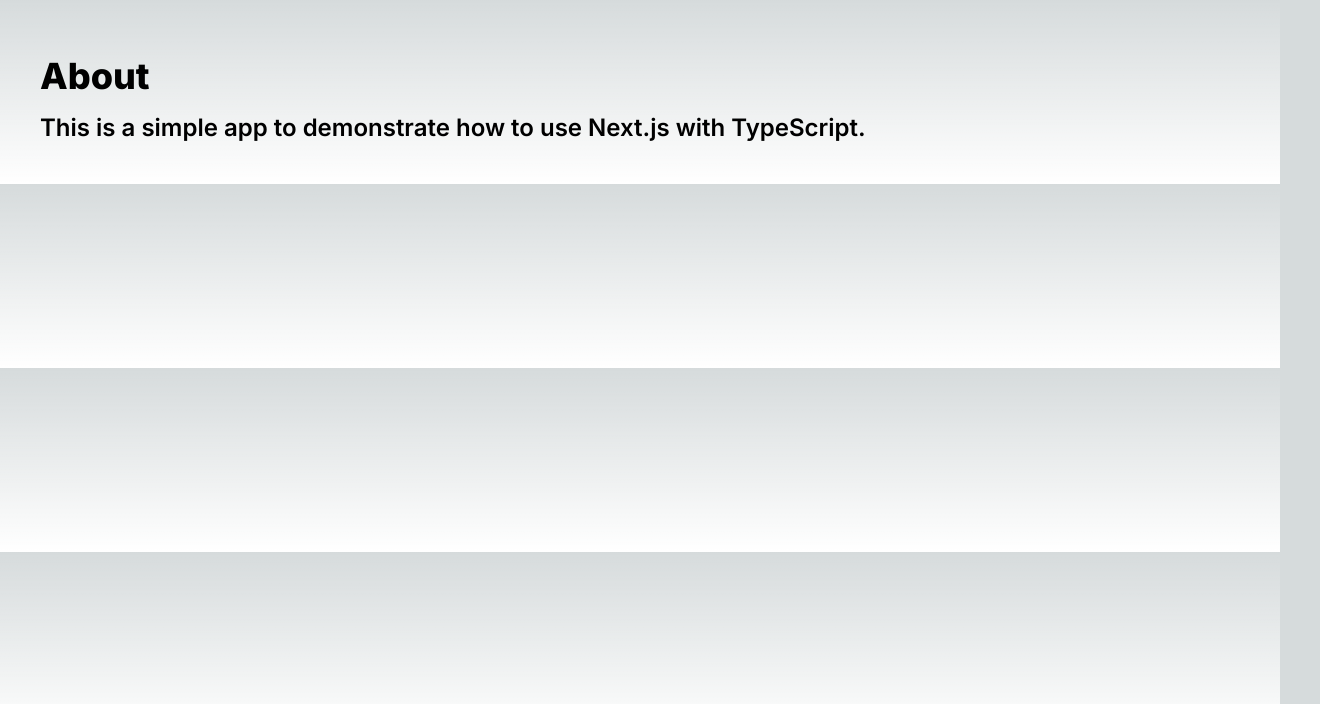
Repository: badhon252/Candidates-portal
Page: /about
These files come from the project's save history. The page is drawn as it stood at one moment and after the next save; the edit follows.
The browser window is 1280 px wide. The page is 1280 px wide, then 1320 px, then 1280 px, so the pictures cover 1320 px, including what lies to the right of the window. The pictures show the whole page.
The project was rebuilt for these pictures with package versions that can differ from the ones it lists, and the page was loaded fresh each time. The framework's server and built-in components were replaced by stand-ins that run in the browser. Also part of the build but not shown: next.config.js.

Above is the page before, as saved 2023-05-31 17:28:09.

After the next save:
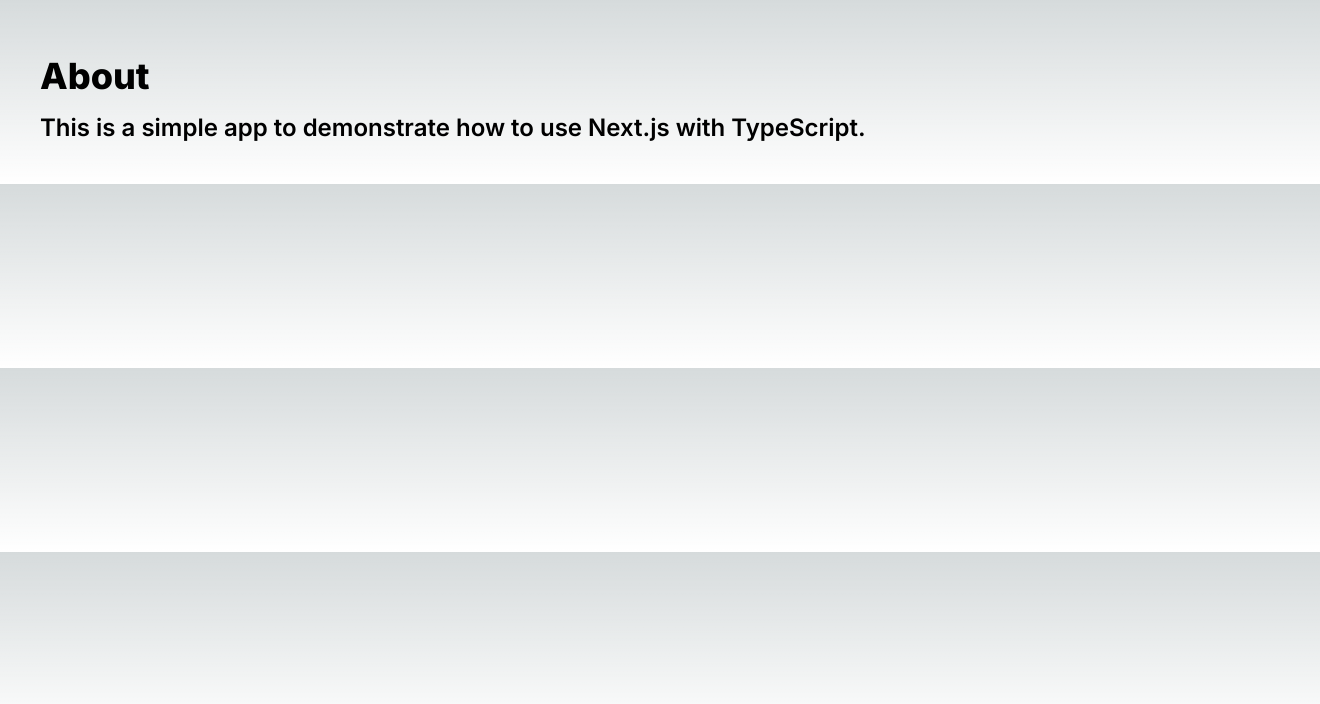
Saved 22 s later.
--- a/app/about/page.tsx
+++ b/app/about/page.tsx
@@ -1,6 +1,6 @@
 export default function page() {
   return (
-    <div className="m-10">
+    <div className="m-10 min-w-full">
       <h1 className="block text-4xl font-extrabold py-4">About</h1>
       <p className="font-semibold text-2xl">
         This is a simple app to demonstrate how to use Next.js with TypeScript.

After the save that followed:
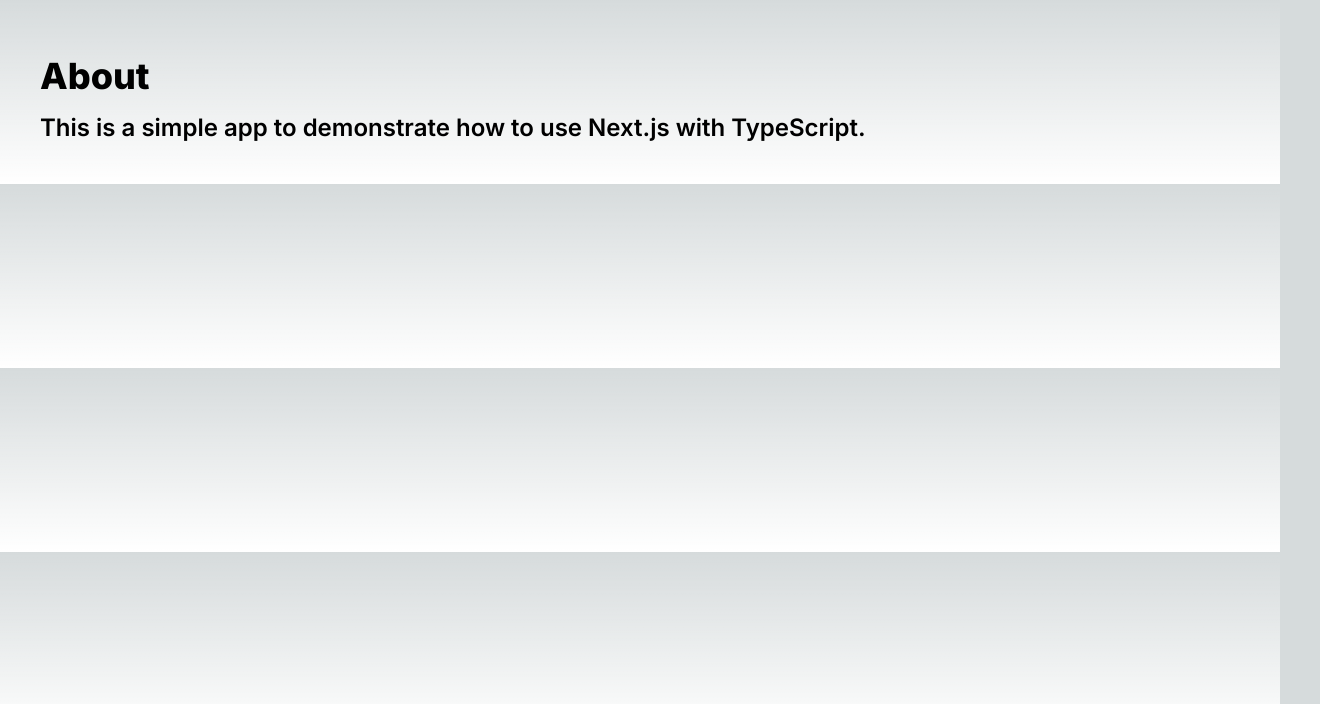
Saved 9 s later.
--- a/app/about/page.tsx
+++ b/app/about/page.tsx
@@ -1,6 +1,6 @@
 export default function page() {
   return (
-    <div className="m-10 min-w-full">
+    <div className="m-10 max-w-ful">
       <h1 className="block text-4xl font-extrabold py-4">About</h1>
       <p className="font-semibold text-2xl">
         This is a simple app to demonstrate how to use Next.js with TypeScript.
